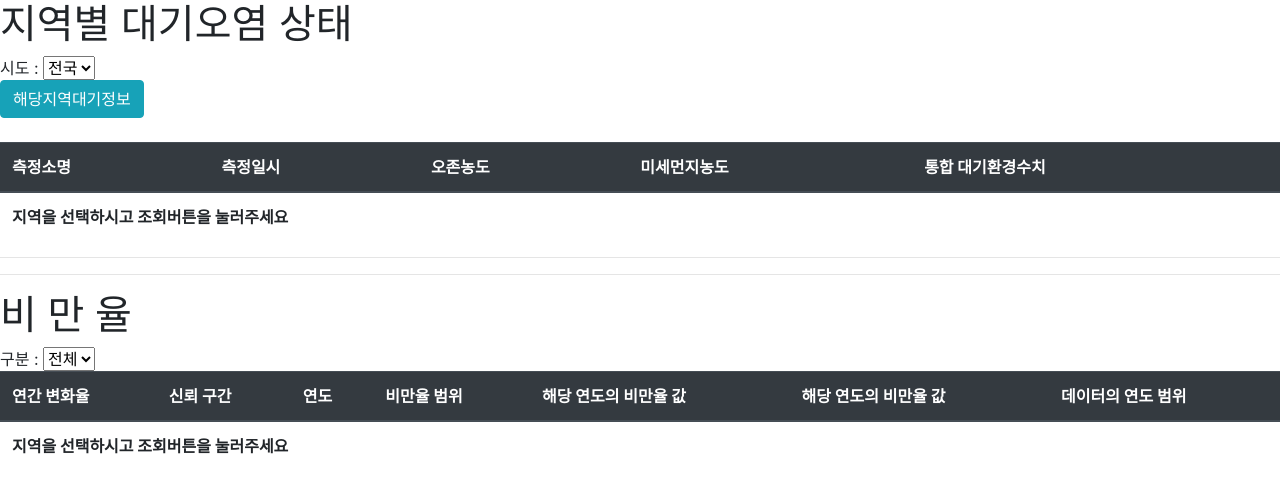
Repository: LeeSeongWook1/semi_Spring
Page: http://localhost/apiProject/
These files come from the project's save history. The page is drawn as it stood at one moment and after the next save; the edit follows.
The browser window is 1280 px wide. The pictures show the whole page.
The page is served by Tomcat 9. Other server files are loaded and not shown.

Above is the page before, as saved 2024-04-25 07:51:05.

### apiProject/src/main/webapp/index.jsp
<%@ page language="java" contentType="text/html; charset=UTF-8"
	pageEncoding="UTF-8"%>
<!DOCTYPE html>
<html>
<head>
<meta charset="UTF-8">
<title>Insert title here</title>
 <!-- jQuery 라이브러리 -->
    <script src="https://ajax.googleapis.com/ajax/libs/jquery/3.4.1/jquery.min.js"></script>
    <!-- 부트스트랩에서 제공하고 있는 스타일 -->
    <link rel="stylesheet" href="https://maxcdn.bootstrapcdn.com/bootstrap/4.5.2/css/bootstrap.min.css">
    <!-- 부트스트랩에서 제공하고 있는 스크립트 -->
    <script src="https://maxcdn.bootstrapcdn.com/bootstrap/4.5.2/js/bootstrap.min.js"></script>
</head>
<body>


	<h1>지역별 대기오염 상태</h1>

	시도 :
	<select id="sidoName">
		<option>전국</option>
		<option>서울</option>
		<option>부산</option>
		<option>대구</option>
		<option>인천</option>
		<option>광주</option>
		<option>대전</option>
		<option>울산</option>
		<option>경기</option>
		<option>경기</option>
		<option>강원</option>
		<option>충북</option>
		<option>충남</option>
		<option>전북</option>
		<option>전남</option>
		<option>경북</option>
		<option>경남</option>
		<option>제주</option>
		<option>세종</option>
	</select>

	<br>
	<button class="btn btn-info" id="btn1">해당지역대기정보</button>
	<br><br>


	<script>
		$(function(){
			$('#btn1').click(function(){
			/*
				$.ajax({
					url : 'air',
					data : {sidoName : $('#sidoName').val()},
					type : 'get',
					success : function(result){
						//console.log(result.response.body.items);

						const items = result.response.body.items;

						let str = '';
						for(let i in items){
							const item = items[i];

							str+= '<tr>'
								+ '<td>' +item.stationName+'</td>'
								+ '<td>' +item.dataTime + '</td>'
								+ '<td>' +item.o3Value+'</td>'
								+ '<td>' +item.pm10Value+'</td>'
								+ '<td>' +item.khaiValue+'</td>'
								+ '</tr>';
						}

						$('tbody').html();
					}
				});
				*/

				/*
					익명함수를 화살표 표기법을 이용해서 작성(가시성이 좋음)

					"function(){}"를 		"()=>{}"" 이렇게 작성할 수 있음

					"function(a){}"를		"a =>{}" 이렇게 작성할 수 있음

					"function(a,b){}"를 		"(a,b)=>{}"이렇게 작성할 수 있음

					"function(){return 'a'}"를  ()=>'a'"이렇게 작성할 수 있음

				*/

				$.ajax({
					url : 'xml',
					data : {sidoName : $('#sidoName').val()},
					type : 'get',
					success : data => {

						//console.log(data);

						//jQuery => find() : 기준이 되는 요소의 하위요소들 중 특정 요소를 찾을 떄 사용(HTML요소) -> XML 요소에도 사용가능

						//console.log($(data).find('item'));

						//XML형식의 응답데이터를 받았을떄
						//1. 응답 데이터에서 실제 데이터가 담겨있는 요소 선택
						const items = $(data).find('item');

						//2.반복문을 통해 실제 데이터가 담긴 요소들에 접근해서 동적으로 요소 만들기!
						let value='';
						items.each((i,item)=>{ //1번 i에는 index, 2번 item에는 element
							//console.log(item);
							//console.log($(item).find('stationName').text());

							value+= '<tr>'
									+'<td>' +$(item).find('stationName').text() +'</td>'
									+'<td>' +$(item).find('dataTime').text() +'</td>'
									+'<td>' +$(item).find('o3Value').text() +'</td>'
									+'<td>' +$(item).find('pm10Value').text() +'</td>'
									+'<td>' +$(item).find('khaiValue').text() +'</td>'
									+'</tr>';


						});

						$('tbody').html(value);


					},
					error : () => {
						console.log('실패');
					}
				})

			});

		})

	</script>


	<table class="table table-hover">
		<thead class="thead-dark">
			<tr>
				<th>측정소명</th>
				<th>측정일시</th>
				<th>오존농도</th>
				<th>미세먼지농도</th>
				<th>통합 대기환경수치</th>
			</tr>
		</thead>
		<tbody>
			<tr>
				<th colspan="5">지역을 선택하시고 조회버튼을 눌러주세요 </th>
			</tr>
		</tbody>
	</table>

	<hr><hr>

	<h1>비 만 율</h1>
		구분 :
	<select id="SERIESNAME">
		<option>전체</option>
		<option>남</option>
		<option>여</option>
	</select>


	<table class="table table-hover">
		<thead class="thead-dark">
			<tr>
				<th>연간 변화율</th>
				<th>신뢰 구간</th>
				<th>연도</th>
				<th>비만율 범위</th>
				<th>해당 연도의 비만율 값</th>
				<th>해당 연도의 비만율 값</th>
				<th>데이터의 연도 범위</th>
			</tr>
		</thead>
		<tbody>
			<tr>
				<th colspan="5">지역을 선택하시고 조회버튼을 눌러주세요 </th>
			</tr>
		</tbody>
	</table>


</body>
</html>

After the next save:
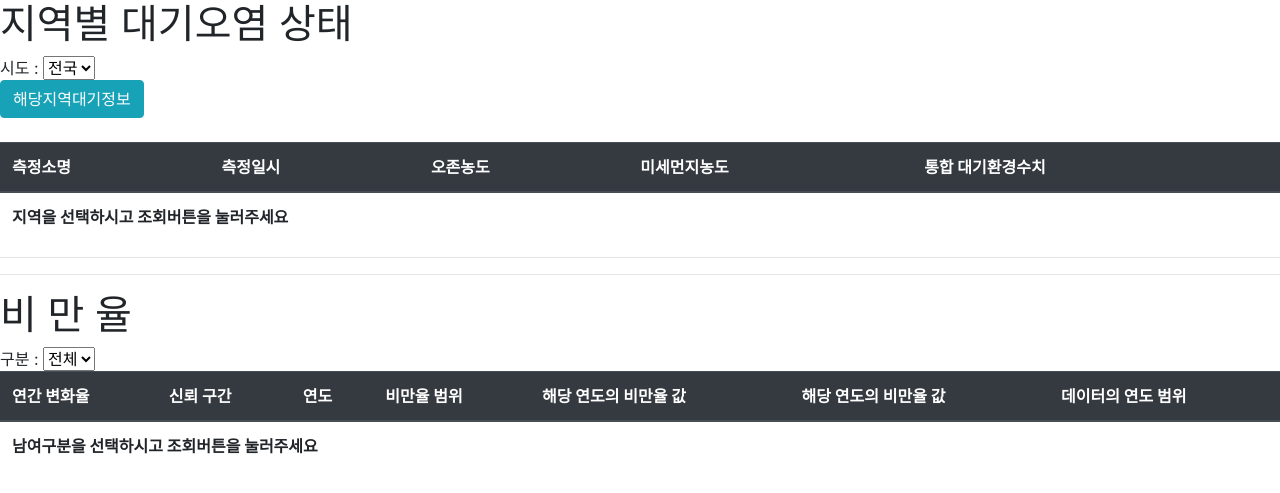
Saved 10 s later.
--- a/apiProject/src/main/webapp/index.jsp
+++ b/apiProject/src/main/webapp/index.jsp
@@ -180,7 +180,7 @@
 		</thead>
 		<tbody>
 			<tr>
-				<th colspan="5">지역을 선택하시고 조회버튼을 눌러주세요 </th>
+				<th colspan="7">남여구분을 선택하시고 조회버튼을 눌러주세요 </th>
 			</tr>
 		</tbody>
 	</table>
